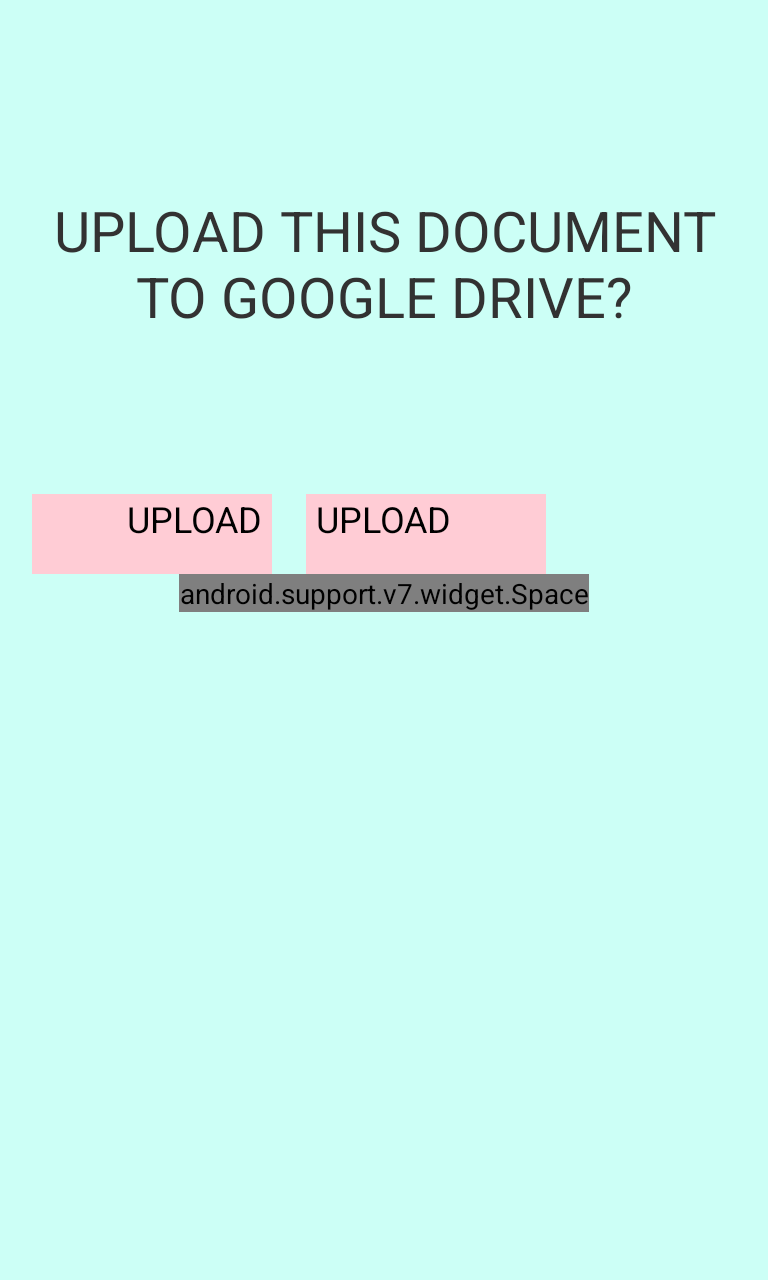
Repository: nick11roberts/Moka-Scanr
Layout: Document Uploader/res/layout/activity_preview.xml
An editor plug-in stored every save of this project. The layout is shown before and after the next save, followed by the edit.
Pictures or frames that could not be fetched are drawn as grey boxes. It is drawn on a 768 x 1280 px phone screen (xhdpi) without system bars, with theme android:Theme.Holo.Light.NoActionBar; the app's code is not run. The app's manifest (not shown) leaves right-to-left support off. So textAlignment, textDirection and layoutDirection are ignored, and left and right values win over start and end ones.

Above is the layout before, as saved 2014-05-31 00:50:14.

### Document Uploader/res/layout/activity_preview.xml
<LinearLayout xmlns:android="http://schemas.android.com/apk/res/android"
    xmlns:tools="http://schemas.android.com/tools"
    android:layout_width="match_parent"
    android:layout_height="match_parent"
    android:background="@color/bg_color"
    android:baselineAligned="true"
    android:gravity="center_horizontal"
    android:orientation="vertical"
    android:paddingBottom="@dimen/activity_vertical_margin"
    android:paddingLeft="@dimen/activity_horizontal_margin"
    android:paddingRight="@dimen/activity_horizontal_margin"
    android:paddingTop="@dimen/activity_vertical_margin"
    tools:context=".MainActivity" >

    <TextView
        android:layout_width="wrap_content"
        android:layout_height="wrap_content"
        android:paddingBottom="80dp"
        android:paddingTop="80dp"
        android:text="@string/preview_heading"
        android:textAlignment="center"
        android:gravity="center"
        android:textAllCaps="true"
        android:textSize="28sp" />

    <TableRow
        android:id="@+id/tableRow1"
        android:layout_width="fill_parent"
        android:layout_height="wrap_content"
        android:shrinkColumns="*"
		android:stretchColumns="*"  >

        <Button
            android:id="@+id/uploadButton"
            android:layout_width="120dp"
            android:layout_height="40dp"
            android:background="@color/button_color"
            android:gravity="right"
            android:paddingLeft="5dp"
            android:paddingRight="5dp"
            android:text="@string/preview_button_upload"
            android:textAlignment="center" />

        <Button
            android:layout_width="120dp"
            android:layout_height="40dp"
            android:background="@color/button_color"
            android:gravity="left"
            android:paddingLeft="5dp"
            android:paddingRight="5dp"
            android:text="@string/preview_button_upload"
            android:textAlignment="center"
            android:layout_marginLeft="17dp"
            android:layout_marginRight="17dp" />

    </TableRow>

    <android.support.v7.widget.Space
        android:id="@+id/space1"
        android:layout_width="wrap_content"
        android:layout_height="wrap_content" />

</LinearLayout>

### Document Uploader/res/values/colors.xml
<?xml version="1.0" encoding="utf-8"?>
<resources>
   <color name="button_color">#FFCCD5</color>
   <color name="bg_color">#CCFFF6</color>
   <color name="border_color">#000000</color>
</resources>

### Document Uploader/res/values/strings.xml
<?xml version="1.0" encoding="utf-8"?>
<resources>

    <string name="app_name">PDF-Drive</string>
    <string name="action_settings">Settings</string>

    <!-- MAIN ACTIVITY -->
    <string name="main_heading">Upload a new PDF?</string>
    <string name="main_button_upload">BEGIN</string>

    <!-- OPTIONS ACTIVITY -->
    <string name="options_heading">Upload options</string>
    <string name="options_pages">Number of pages?</string>
    <string name="options_title">Title?</string>
    <string name="options_folder">Folder? (optional)</string>
    <string name="options_button_go">CONTINUE</string>

    <!-- PREVIEW ACTIVITY -->
    <string name="preview_heading">Upload this document to Google Drive?</string>
    <string name="preview_button_upload">UPLOAD</string>
    <string name="preview_button_cancel">CANCEL</string>

</resources>

Loaded but not shown: Document Uploader/res/values/dimens.xml (common file); Document Uploader/res/values-w820dp/dimens.xml (common file)

After the next save:
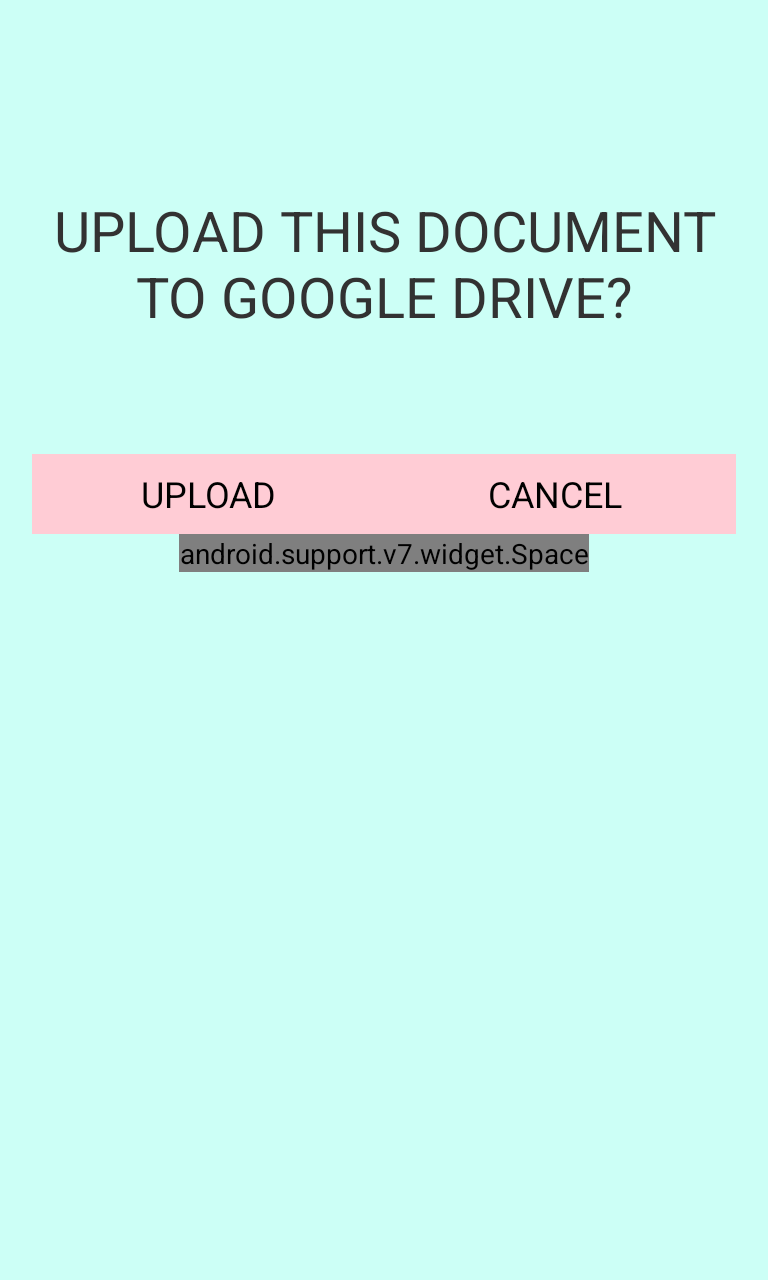
Saved 25 s later.
--- a/Document Uploader/res/layout/activity_preview.xml
+++ b/Document Uploader/res/layout/activity_preview.xml
@@ -15,7 +15,7 @@
     <TextView
         android:layout_width="wrap_content"
         android:layout_height="wrap_content"
-        android:paddingBottom="80dp"
+        android:paddingBottom="60dp"
         android:paddingTop="80dp"
         android:text="@string/preview_heading"
         android:textAlignment="center"
@@ -35,23 +35,22 @@
             android:layout_width="120dp"
             android:layout_height="40dp"
             android:background="@color/button_color"
-            android:gravity="right"
-            android:paddingLeft="5dp"
-            android:paddingRight="5dp"
-            android:text="@string/preview_button_upload"
-            android:textAlignment="center" />
-
-        <Button
-            android:layout_width="120dp"
-            android:layout_height="40dp"
-            android:background="@color/button_color"
-            android:gravity="left"
+            android:gravity="center_vertical|center_horizontal"
             android:paddingLeft="5dp"
             android:paddingRight="5dp"
             android:text="@string/preview_button_upload"
             android:textAlignment="center"
-            android:layout_marginLeft="17dp"
-            android:layout_marginRight="17dp" />
+            android:layout_weight=".25" />
+
+        <Button
+            android:id="@+id/cancelButton"
+            android:layout_width="120dp"
+            android:layout_height="40dp"
+            android:layout_weight=".25"
+            android:background="@color/button_color"
+            android:paddingRight="5dp"
+            android:text="@string/preview_button_cancel"
+            android:textAlignment="center" />
 
     </TableRow>
 
